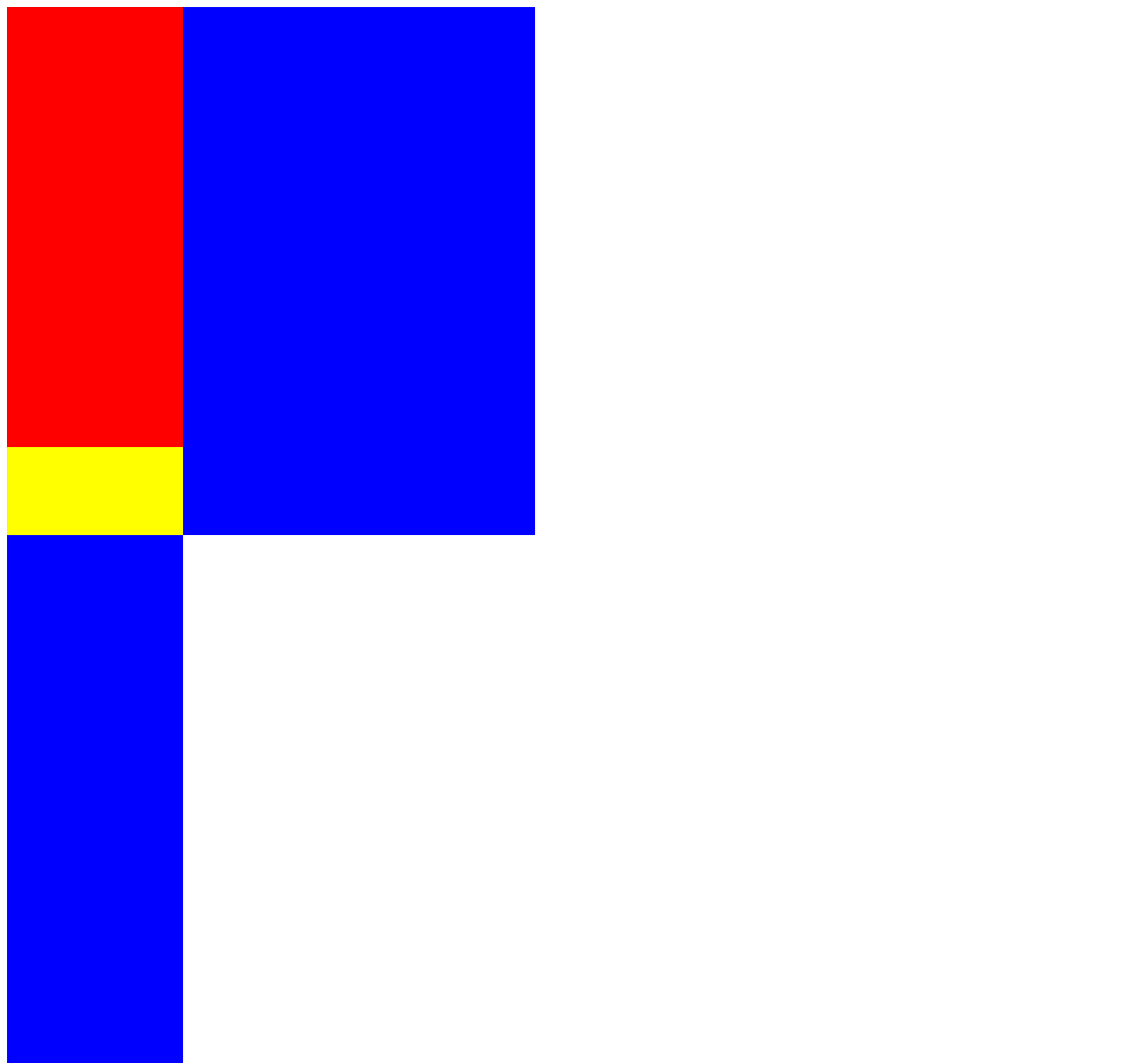
Repository: Seokho96/CSSPractice
Page: css/work01/WebContent/index01.html
An editor plug-in stored every save of this project. The page is shown before and after the next save, followed by the edit.
The browser window is 1280 px wide. The pictures show the whole page, at 88% of full size.

Above is the page before, as saved 2020-07-13 05:35:52.

### css/work01/WebContent/index01.html
<!DOCTYPE html>
<html>
<head>
<meta charset="UTF-8">
<title>Insert title here</title>

<style type="text/css">

#fullscreen{
   width: 600px;
   height: 600px;
   background-color: blue;
}
#left{
   width: 200px;
   height: 600px;
   background-color: black;
}
#lefttop{
    width: 200px;
   height: 500px;
   background-color: red;
   float: left;
}
#leftdown{
     width:200px;
   height: 100px;
   background-color: yellow;
   float: left;
}
#middle{
   width:200px;
   height: 600px;
   background-color: blue;

}


</style>
</head>
<body>

<div id="fullscreen">
<div id="left">
<div id="lefttop">
</div>
<div id="leftdown">
</div>
</div>
<div id="right">
<div id="righttop">
</div>
<div id="rightdown">
</div>
</div>
<div id="middle">
<div id="middletop">
</div>
<div id="middledown">
</div>
</div>
</div>
</body>
</html>

After the next save:
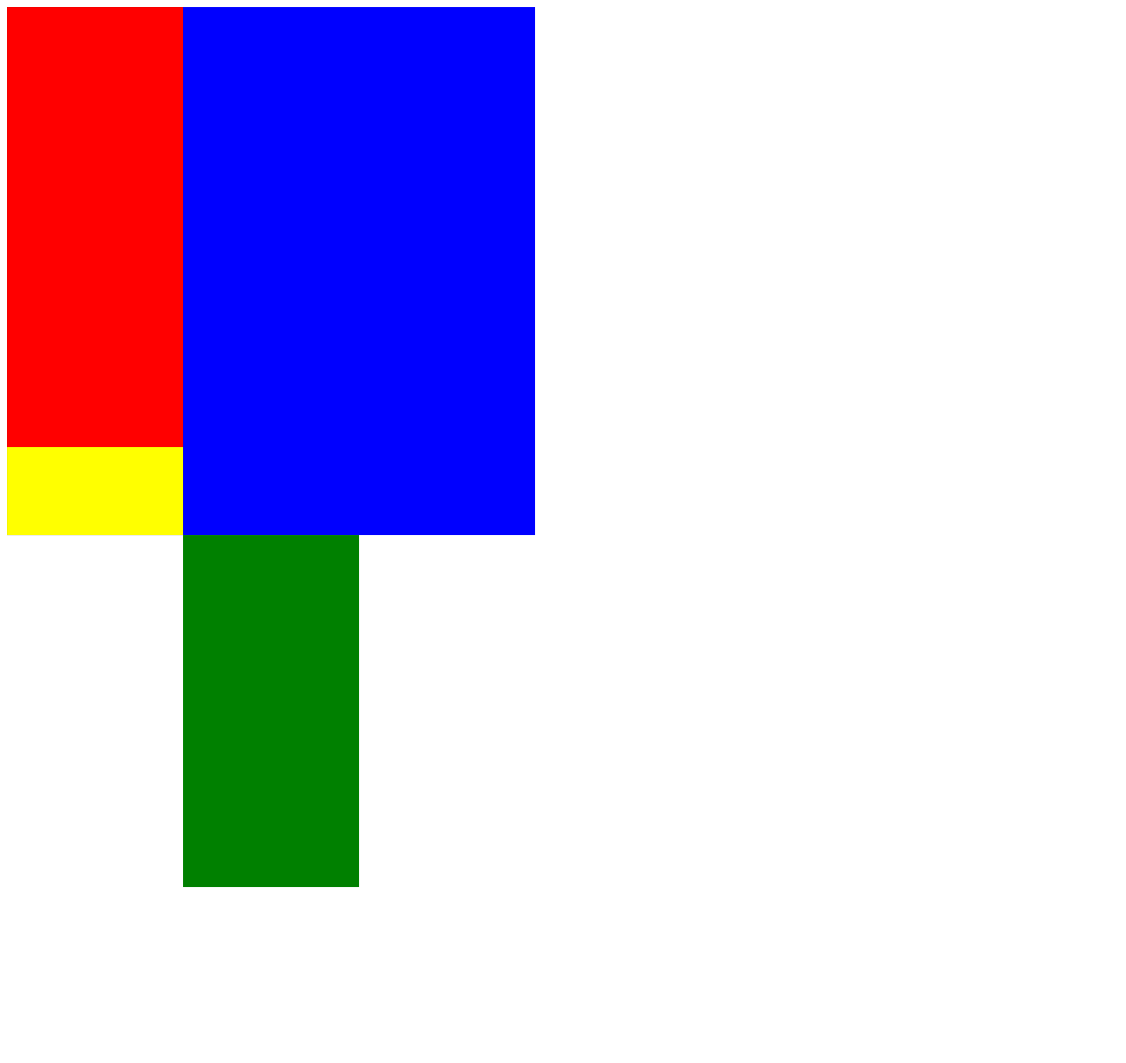
Saved 91 s later.
--- a/css/work01/WebContent/index01.html
+++ b/css/work01/WebContent/index01.html
@@ -31,8 +31,12 @@
 #middle{
    width:200px;
    height: 600px;
-   background-color: blue;
-
+   margin-left: 200px;
+}
+#middledown{
+  width: 200px;
+  height: 400px;
+  background-color: green;
 }
 
 
